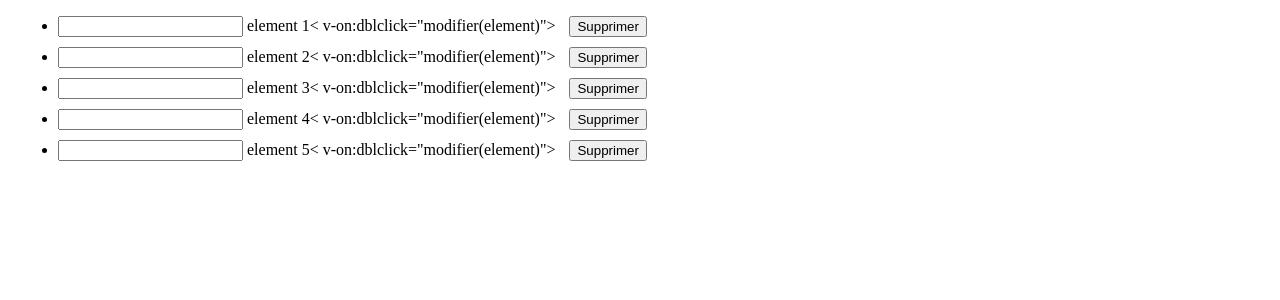
Repository: arione15/Livre_Serrion-Vue.js
Page: liste_ch3.html
An editor plug-in stored every save of this project. The page is shown before and after the next save, followed by the edit.
The browser window is 1280 px wide. The pictures show the whole page.

Above is the page before, as saved 2021-09-07 13:42:03.

After the next save:
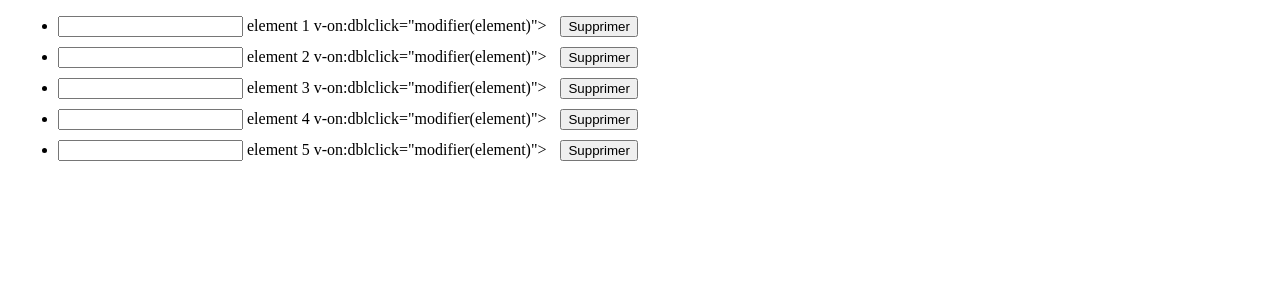
Saved 4 s later.
--- a/liste_ch3.html
+++ b/liste_ch3.html
@@ -23,7 +23,7 @@
                 <ul>
                     <li v-for="(element, index) of elements" style="margin:10px;">
                         <span v-if="!element.modifyOn">  </span>
-                        <input v-on:dblclick = ""> {{ element.text }}<
+                        <input v-on:dblclick = ""> {{ element.text }}</input>
                         v-on:dblclick="modifier(element)">
                         <button @click="supprimer(element)" style="margin-left:10px;">Supprimer</button>
                     </li>
